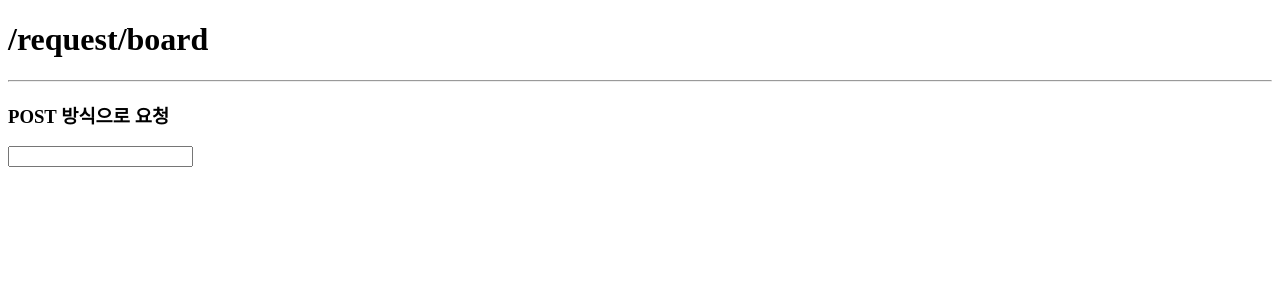
Repository: xegenie/Spring
Page: http://localhost/spring-mvc/request/board
An editor plug-in stored every save of this project. The page is shown before and after the next save, followed by the edit.
The browser window is 1280 px wide. The pictures show the whole page.
The page is served by Tomcat 9. Other server files are loaded and not shown.

Above is the page before, as saved 2024-11-06 06:56:11.

### spring-mvc/src/main/webapp/WEB-INF/views/request/board.jsp
<%@ page language="java" contentType="text/html; charset=UTF-8"
    pageEncoding="UTF-8"%>
<!DOCTYPE html>
<html>
<head>
<meta charset="UTF-8">
<title>/request/board</title>
</head>
<body>
	<h1>/request/board</h1>

	<hr>
	<h3>POST 방식으로 요청</h3>
	<form action="<%= request.getContextPath()%>/request/board" method="post">
		<input type="text" name>
	</form>
</body>
</html>

After the next save:
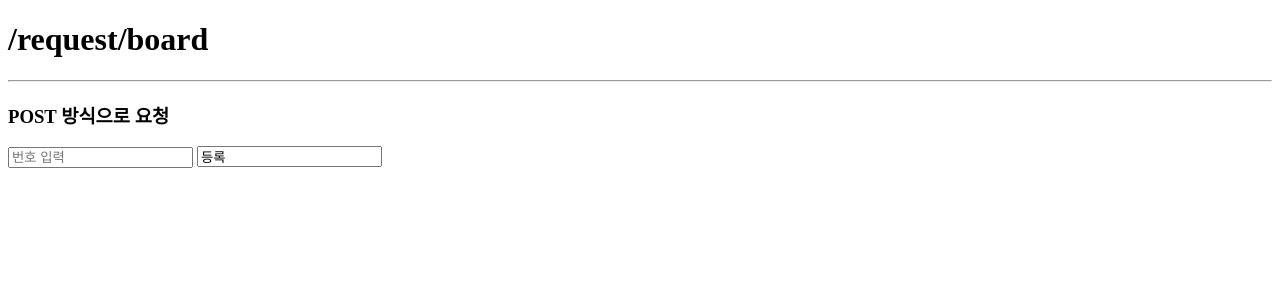
Saved 23 s later.
--- a/spring-mvc/src/main/webapp/WEB-INF/views/request/board.jsp
+++ b/spring-mvc/src/main/webapp/WEB-INF/views/request/board.jsp
@@ -12,7 +12,8 @@
 	<hr>
 	<h3>POST 방식으로 요청</h3>
 	<form action="<%= request.getContextPath()%>/request/board" method="post">
-		<input type="text" name>
+		<input type="text" name="no" placeholder="번호 입력" />
+		<input type="sumbit" value="등록" />
 	</form>
 </body>
 </html>
